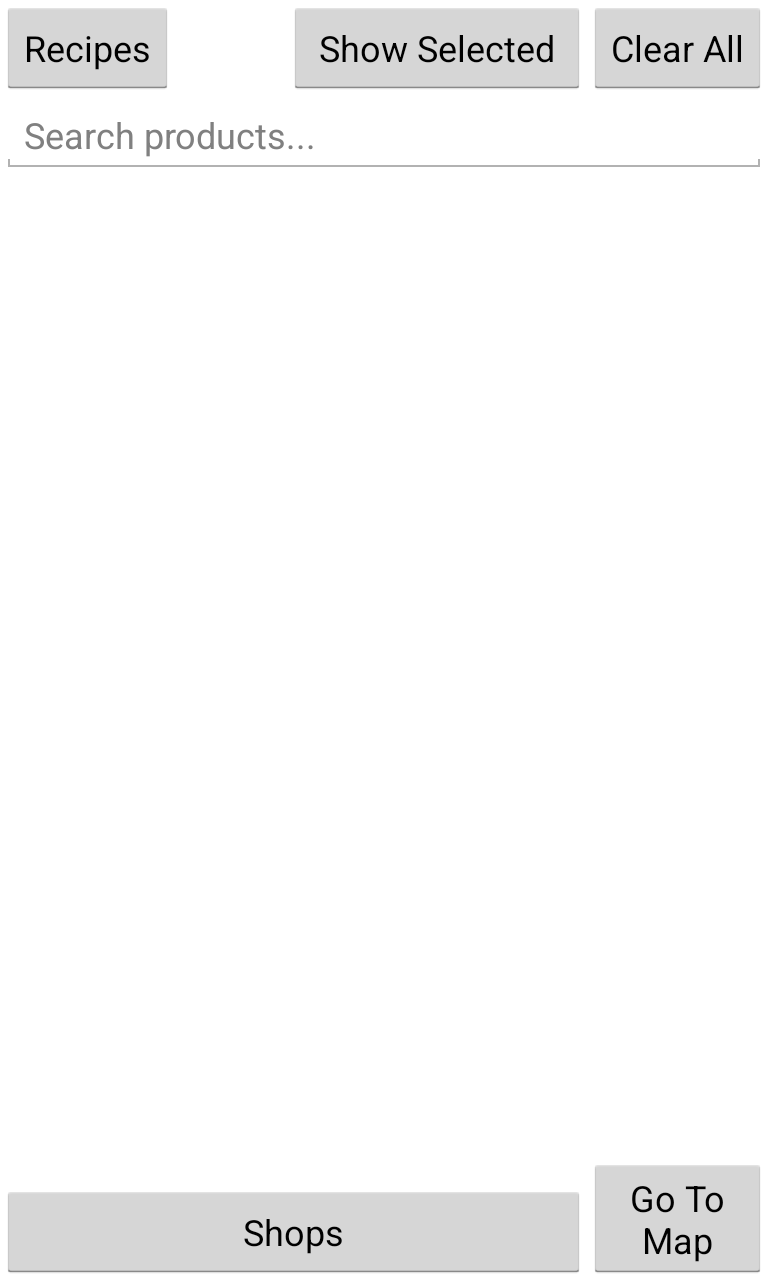
Repository: ernopp/ShopMap
Layout: Shop_Map/res/layout/activity_main.xml
The author's editor kept a copy of each file at every save. The layout is drawn from the files as they stood at one save, then again after the next save.
It is drawn on a 768 x 1280 px phone screen (xhdpi) without system bars, with theme AppTheme; the app's code is not run. Lists and similar views that code fills are empty.

Above is the layout before, as saved 2013-03-22 19:27:32.

After the next save:
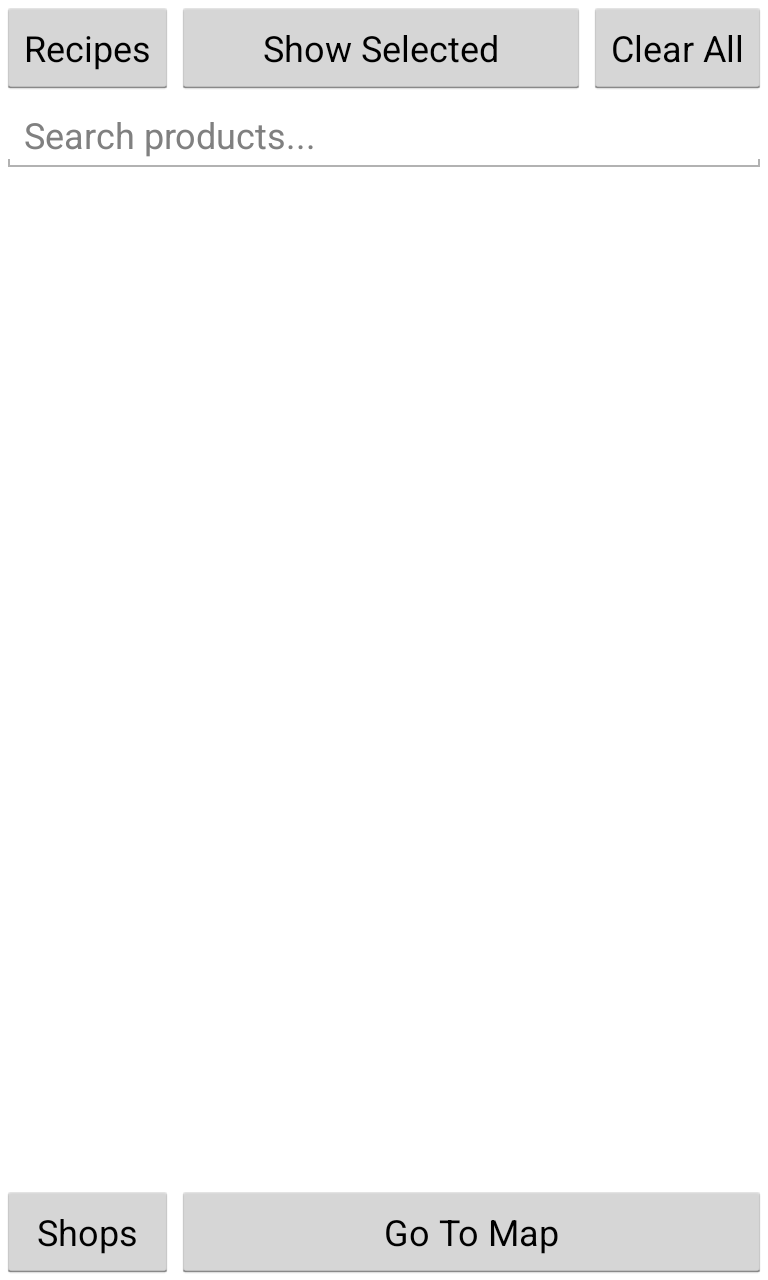
Saved 2 min 32 s later.
--- a/Shop_Map/res/layout/activity_main.xml
+++ b/Shop_Map/res/layout/activity_main.xml
@@ -26,7 +26,7 @@
         android:layout_height="wrap_content"
         android:layout_alignParentBottom="true"
         android:layout_alignParentRight="true"
-        android:layout_toRightOf="@+id/button1"
+        android:layout_toRightOf="@+id/shopsButton"
         android:text="@string/go_map" />
 
 	<!-- Scrollable List of Items -->
@@ -46,7 +46,7 @@
         android:layout_height="wrap_content"
         android:layout_alignParentBottom="true"
         android:layout_alignParentLeft="true"
-        android:layout_alignRight="@+id/button1"
+        android:layout_alignRight="@+id/recipeButton"
         android:text="Shops" />
 
     <Button
@@ -63,7 +63,7 @@
         android:layout_height="wrap_content"
         android:layout_alignParentTop="true"
         android:layout_toLeftOf="@+id/button3"
-        android:layout_toRightOf="@+id/button4"
+        android:layout_toRightOf="@+id/recipeButton"
         android:text="@string/show_items" />
 
     <Button
